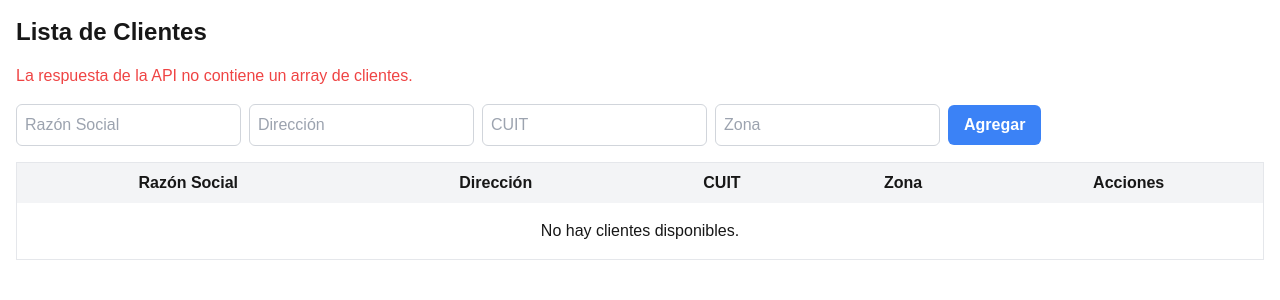
Repository: manucavallera/Sistema-Gestion
Page: /clientes
An editor plug-in stored every save of this project. The page is shown before and after the next save, followed by the edit.
The browser window is 1280 px wide. The pictures show the whole page.
The page's requests for data from a server got no answer. The project was rebuilt for these pictures with package versions that can differ from the ones it lists, and the page was loaded fresh each time. The framework's server and built-in components were replaced by stand-ins that run in the browser. No one was signed in, and anything a server would have sent is missing. Also part of the build but not shown: next.config.mjs.

Above is the page before, as saved 2024-11-11 23:01:20.

After the next save:
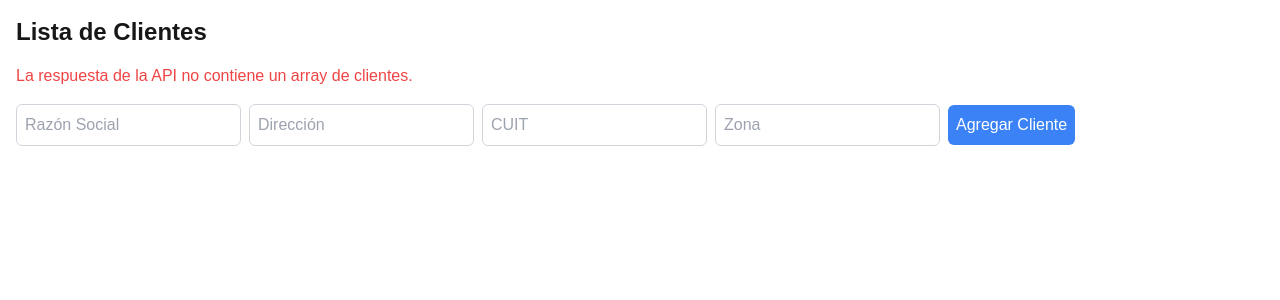
Saved 106 s later.
--- a/src/app/clientes/page.tsx
+++ b/src/app/clientes/page.tsx
@@ -74,7 +74,7 @@ const ClientesPage: React.FC = (): JSX.Element => {
       try {
         const response = await createClient(cliente);
         if (response.data) {
-          setClientes([...clientes, response.data]);
+          setClientes([...clientes, response.data]); // Asegúrate de que response.data tenga la propiedad id
           alert("Cliente agregado con éxito.");
         }
         resetForm();
@@ -135,85 +135,75 @@ const ClientesPage: React.FC = (): JSX.Element => {
               razonSocial: e.target.value,
             }))
           }
-          className='border border-gray-300 p-2 mr-2 rounded-md focus:outline-none focus:ring-2 focus:ring-blue-400'
+          className='border border-gray-300 p-2 mr-2 rounded-md focus:outline-none focus:ring-2 focus:ring-blue- 500'
         />
         <input
           type='text'
           placeholder='Dirección'
           value={cliente.direccion}
           onChange={(e) =>
-            setCliente((prev) => ({ ...prev, direccion: e.target.value }))
-          }
-          className='border border-gray-300 p-2 mr-2 rounded-md focus:outline-none focus:ring-2 focus:ring-blue-400'
+            setCliente((prev) => ({
+              ...prev,
+              direccion: e.target.value,
+            }))
+          }
+          className='border border-gray-300 p-2 mr-2 rounded-md focus:outline-none focus:ring-2 focus:ring-blue-500'
         />
         <input
           type='text'
           placeholder='CUIT'
           value={cliente.cuit}
           onChange={(e) =>
-            setCliente((prev) => ({ ...prev, cuit: e.target.value }))
-          }
-          className='border border-gray-300 p-2 mr-2 rounded-md focus:outline-none focus:ring-2 focus:ring-blue-400'
+            setCliente((prev) => ({
+              ...prev,
+              cuit: e.target.value,
+            }))
+          }
+          className='border border-gray-300 p-2 mr-2 rounded-md focus:outline-none focus:ring-2 focus:ring-blue-500'
         />
         <input
           type='text'
           placeholder='Zona'
           value={cliente.zona}
           onChange={(e) =>
-            setCliente((prev) => ({ ...prev, zona: e.target.value }))
-          }
-          className='border border-gray-300 p-2 mr-2 rounded-md focus:outline-none focus:ring-2 focus:ring-blue-400'
+            setCliente((prev) => ({
+              ...prev,
+              zona: e.target.value,
+            }))
+          }
+          className='border border-gray-300 p-2 mr-2 rounded-md focus:outline-none focus:ring-2 focus:ring-blue-500'
         />
         <button
           onClick={guardarCliente}
-          className='bg-blue-500 hover:bg-blue-700 text-white font-bold py-2 px-4 rounded-md'
+          className='bg-blue-500 text-white p-2 rounded-md'
         >
-          {clienteEditando ? "Editar" : "Agregar"}
+          {clienteEditando ? "Actualizar Cliente" : "Agregar Cliente"}
         </button>
       </div>
-      <table className='min-w-full border border-gray-200'>
-        <thead>
-          <tr className='bg-gray-100'>
-            <th className='px-4 py-2'>Razón Social</th>
-            <th className='px-4 py-2'>Dirección</th>
-            <th className='px-4 py-2'>CUIT</th>
-            <th className='px-4 py-2'>Zona</th>
-            <th className='px-4 py-2'>Acciones</th>
-          </tr>
-        </thead>
-        <tbody>
-          {Array.isArray(clientes) && clientes.length > 0 ? (
-            clientes.map((cliente) => (
-              <tr key={cliente.id} className='hover:bg-gray-50'>
-                <td className='px-4 py-2'>{cliente.razonSocial}</td>
-                <td className='px-4 py-2'>{cliente.direccion}</td>
-                <td className='px-4 py-2'>{cliente.cuit}</td>
-                <td className='px-4 py-2'>{cliente.zona}</td>
-                <td className='px-4 py-2'>
-                  <button
-                    onClick={() => iniciarEdicion(cliente)}
-                    className='bg-yellow-500 text-white p-1 rounded-md mr-2'
-                  >
-                    Editar
-                  </button>
-                  <button
-                    onClick={() => confirmarEliminacion(cliente.id)}
-                    className='bg-red-500 text-white p-1 rounded-md'
-                  >
-                    Eliminar
-                  </button>
-                </td>
-              </tr>
-            ))
-          ) : (
-            <tr>
-              <td colSpan={5} className='text-center py-4'>
-                No hay clientes disponibles.
-              </td>
-            </tr>
-          )}
-        </tbody>
-      </table>
+      <ul>
+        {clientes.map((cliente) => (
+          <li
+            key={cliente.id}
+            className='flex justify-between items-center mb-2'
+          >
+            <span>{cliente.razonSocial}</span>
+            <div>
+              <button
+                onClick={() => iniciarEdicion(cliente)}
+                className='bg-yellow-500 text-white p-1 rounded-md mr-2'
+              >
+                Editar
+              </button>
+              <button
+                onClick={() => confirmarEliminacion(cliente.id)}
+                className='bg-red-500 text-white p-1 rounded-md'
+              >
+                Eliminar
+              </button>
+            </div>
+          </li>
+        ))}
+      </ul>
     </div>
   );
 };
